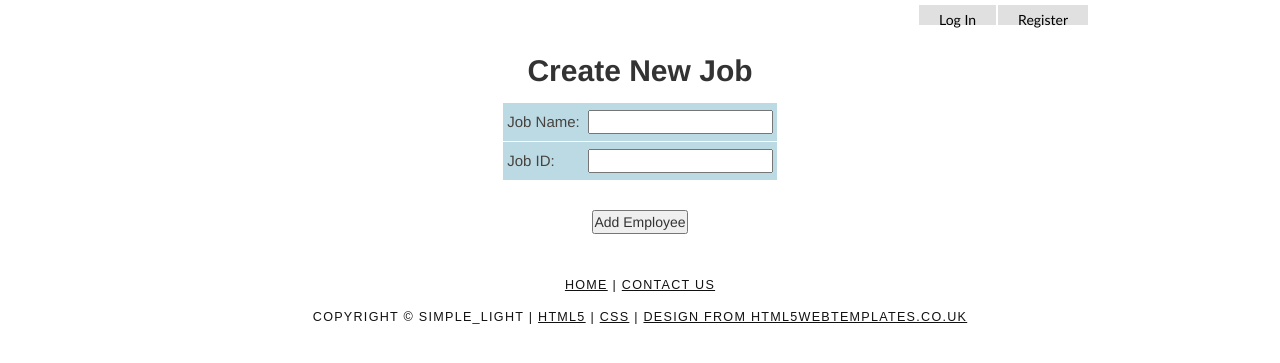
Repository: ceenoor/TimeSheetTracket
Page: templates/addJob.html
The author's editor kept a record of every edit. The page is drawn from the files as they stood at one moment, then again after the next edit.
The browser window is 1280 px wide. The pictures show the whole page.
The template is drawn by Flask 3. The application's start-up code is not run. The template is opened directly, without the code that normally fills it, so the values that code supplies are empty.

Above is the page before.

After the next edit:
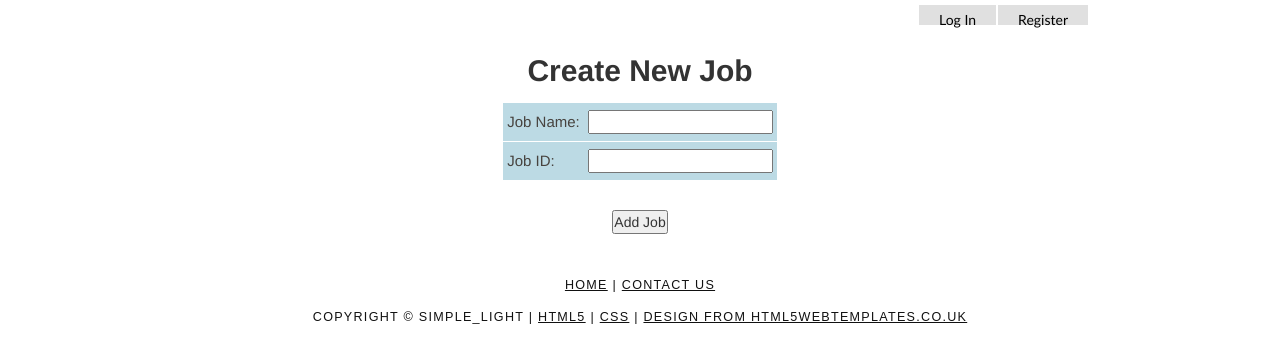
The edit:
--- a/templates/addJob.html
+++ b/templates/addJob.html
@@ -10,7 +10,7 @@
                  <tr><td style="font-size:15px;">Job ID:</td><td><input type="text" id="jobID" name="ID" /></td></tr>
              </table>
         </center>
-        <input type="submit" value="Add Employee" />
+        <input type="submit" value="Add Job" />
     </form>
 </div>
 {% endblock %}
